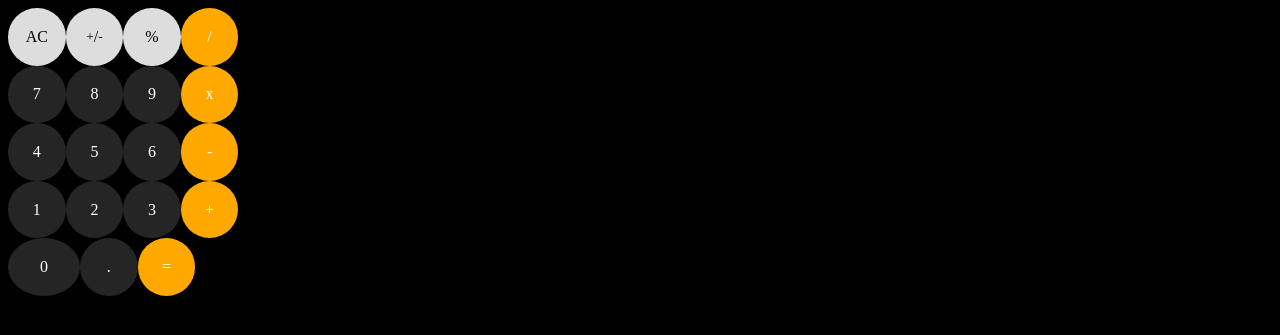
Repository: bombiux/calculadoraJS
Page: index.html
An editor plug-in stored every save of this project. The page is shown before and after the next save, followed by the edit.
The browser window is 1280 px wide. The pictures show the whole page.

Above is the page before, as saved 2020-08-08 18:33:42.

### index.html
<!DOCTYPE html>
<html lang="en">
<head>
    <meta charset="UTF-8">
    <meta name="viewport" content="width=device-width, initial-scale=1.0">
    <title>Document</title>
    <link rel="stylesheet" href="style.css">
</head>
<body>
    <div class="calculator">
        <div>
            <div class="special">AC</div>
            <div class="special"><sup>+</sup>/<sub>-</sub></div>
            <div class="special">%</div>
            <div class="operator">/</div>
        </div>
        <div>
            <div class="numbers">7</div>
            <div class="numbers">8</div>
            <div class="numbers">9</div>
            <div class="operator">x</div>
        </div>
        <div>
            <div class="numbers">4</div>
            <div class="numbers">5</div>
            <div class="numbers">6</div>
            <div class="operator">-</div>
        </div>
        <div>
            <div class="numbers">1</div>
            <div class="numbers">2</div>
            <div class="numbers">3</div>
            <div class="operator">+</div>
        </div>
        <div>
            <div class="numbers cero">0</div>
            <div class="numbers">.</div>
            <div class="operator">=</div>
        </div>
    </div>
</body>
</html>

### style.css
body {
    background: black;
}

.calculator {
    display: flex;
    flex-direction: column;
}

.calculator > div {
    display: flex;
}

.calculator > div > div {
    width: 8vh;
    height: 8vh;
    border-radius: 50%;
    justify-content: center;
    align-items: center;
    display: flex;
}

.calculator > div > .cero {
    width: 10vh
}

.special {
    background-color: rgb(221, 221, 221)
}

.numbers {
    background-color: rgb(37, 37, 37);
    color: white;
}

.operator {
    background: #ffa800;
    color: white;
}

After the next save:
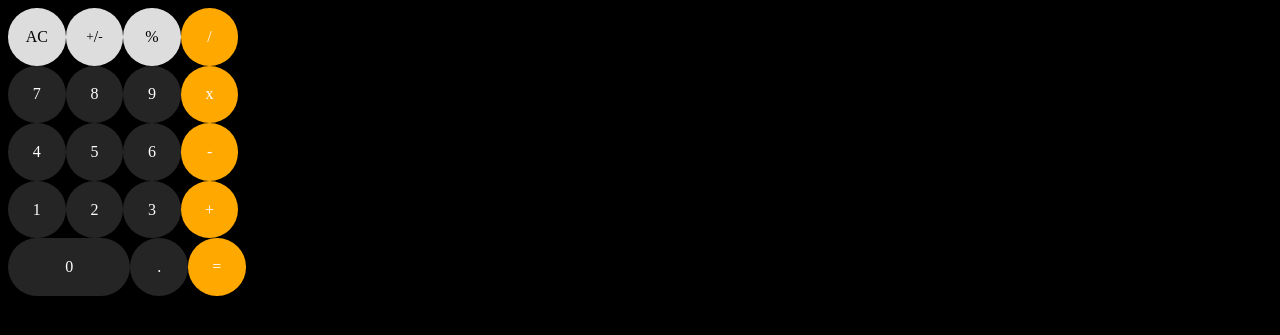
Saved 67 s later.
--- a/style.css
+++ b/style.css
@@ -21,7 +21,8 @@ body {
 }
 
 .calculator > div > .cero {
-    width: 10vh
+    width: 17vh;
+    border-radius: 40px;
 }
 
 .special {
